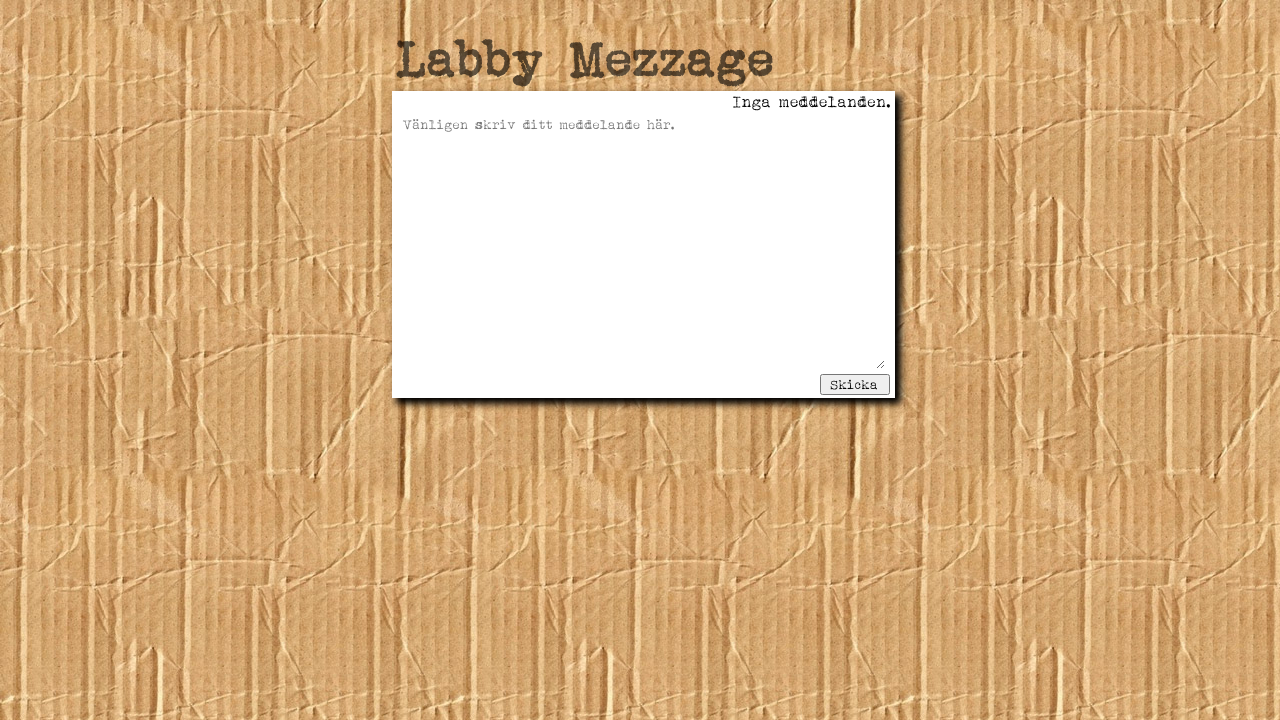
Repository: mw222rs/1dv403-laborationer
Page: 2-labbymezzage/index.html
The author's editor kept a record of every edit. The page is drawn from the files as they stood at one moment, then again after the next edit.
The browser window is 1280 px wide. The pictures show the whole page.

Above is the page before.

After the next edit:
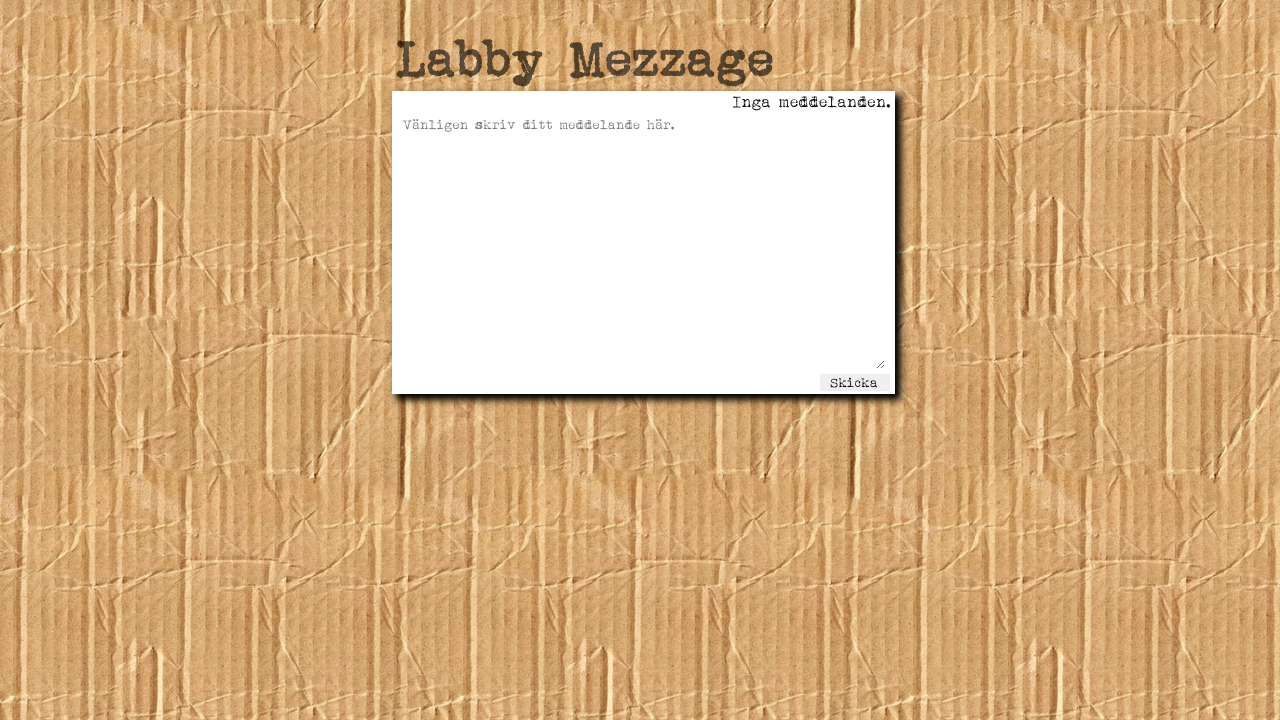
The edit:
--- a/2-labbymezzage/css/style.css
+++ b/2-labbymezzage/css/style.css
@@ -116,6 +116,7 @@
 	height: 250px;
 }
 input[type="submit"] {
+	border: 0;
 	font-family: typewriter;
 	margin-left: 425px;
 	width: 70px;
